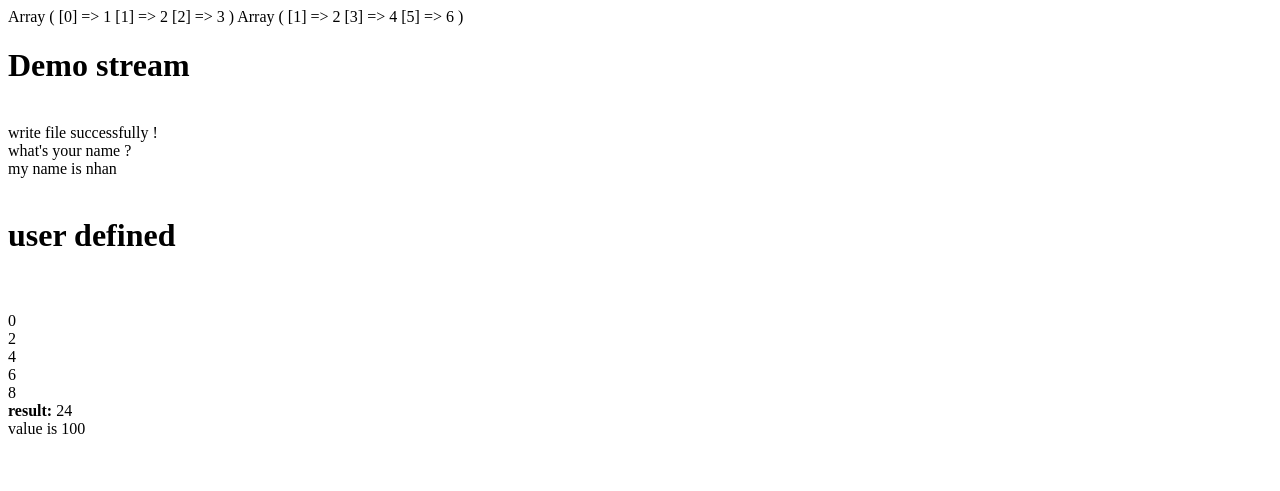
Repository: HoangLinh2001/PHP
Page: http://localhost/demoFunction.php
These files come from the project's save history. The page is drawn as it stood at one moment and after the next save; the edit follows.
The browser window is 1280 px wide. The pictures show the whole page.
The page is run by PHP 8.4 with error messages shown; the project is at /var/www/html/.

Above is the page before, as saved 2023-06-20 19:02:07.

After the next save:
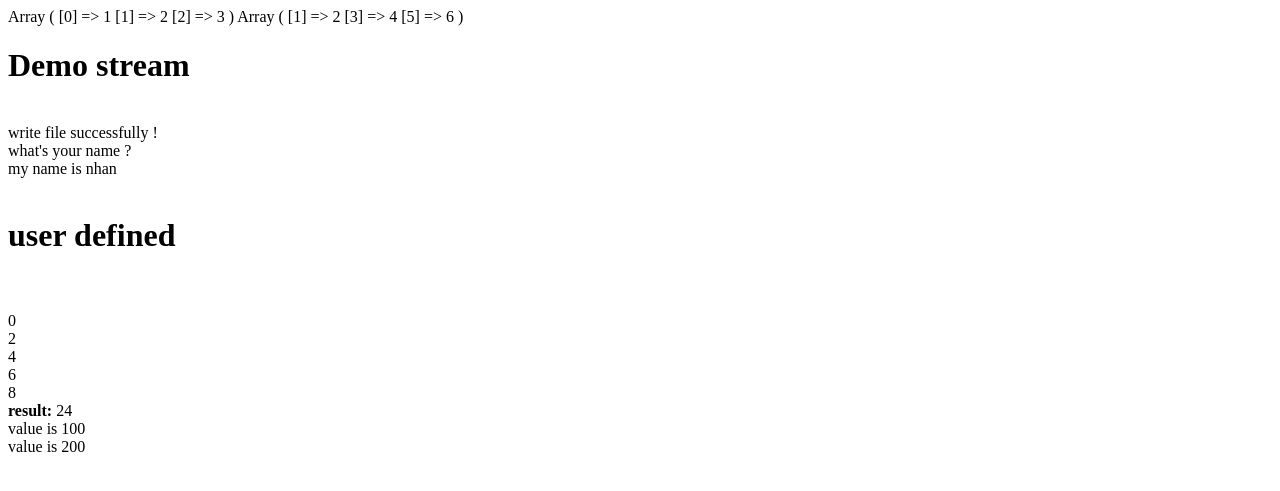
Saved 15 s later.
--- a/DEMOPHPBUOI2/demoFunction.php
+++ b/DEMOPHPBUOI2/demoFunction.php
@@ -63,4 +63,5 @@ function value(int $number = 100){
     echo "</br> value is ",$number;
 }
 value();
+value(200);
 ?>
